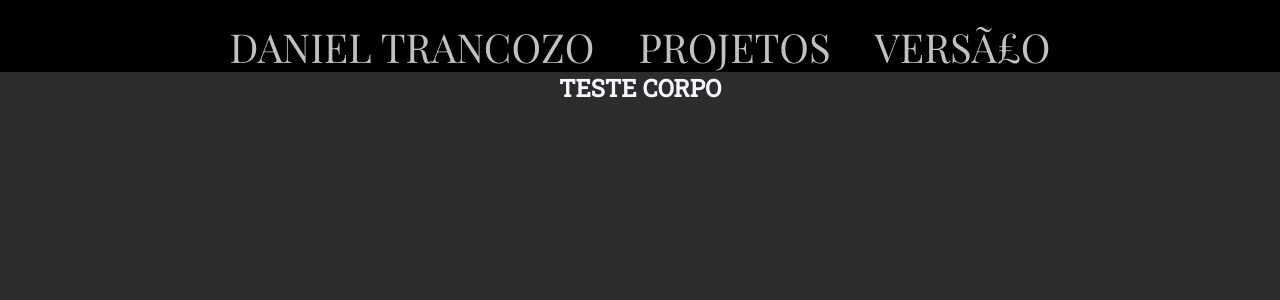
Repository: danieltrancozo/danieltrancozo.github.io
Page: index.html
These files come from the project's save history. The page is drawn as it stood at one moment and after the next save; the edit follows.
The browser window is 1280 px wide. The pictures show the whole page.

Above is the page before, as saved 2021-05-04 23:28:23.

After the next save:
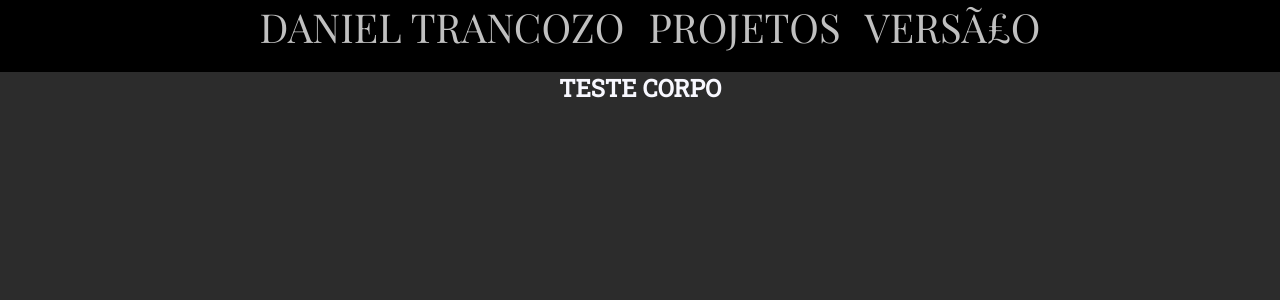
Saved 31 s later.
--- a/css/estilo3.css
+++ b/css/estilo3.css
@@ -50,7 +50,7 @@ body{
     font-family: 'Playfair Display', serif;
     height: 100%;
     font-size: 30pt;
-    margin: 20px;
+    margin-left: 20px;
     cursor: pointer;
     height: 50;
     background-color: transparent;
